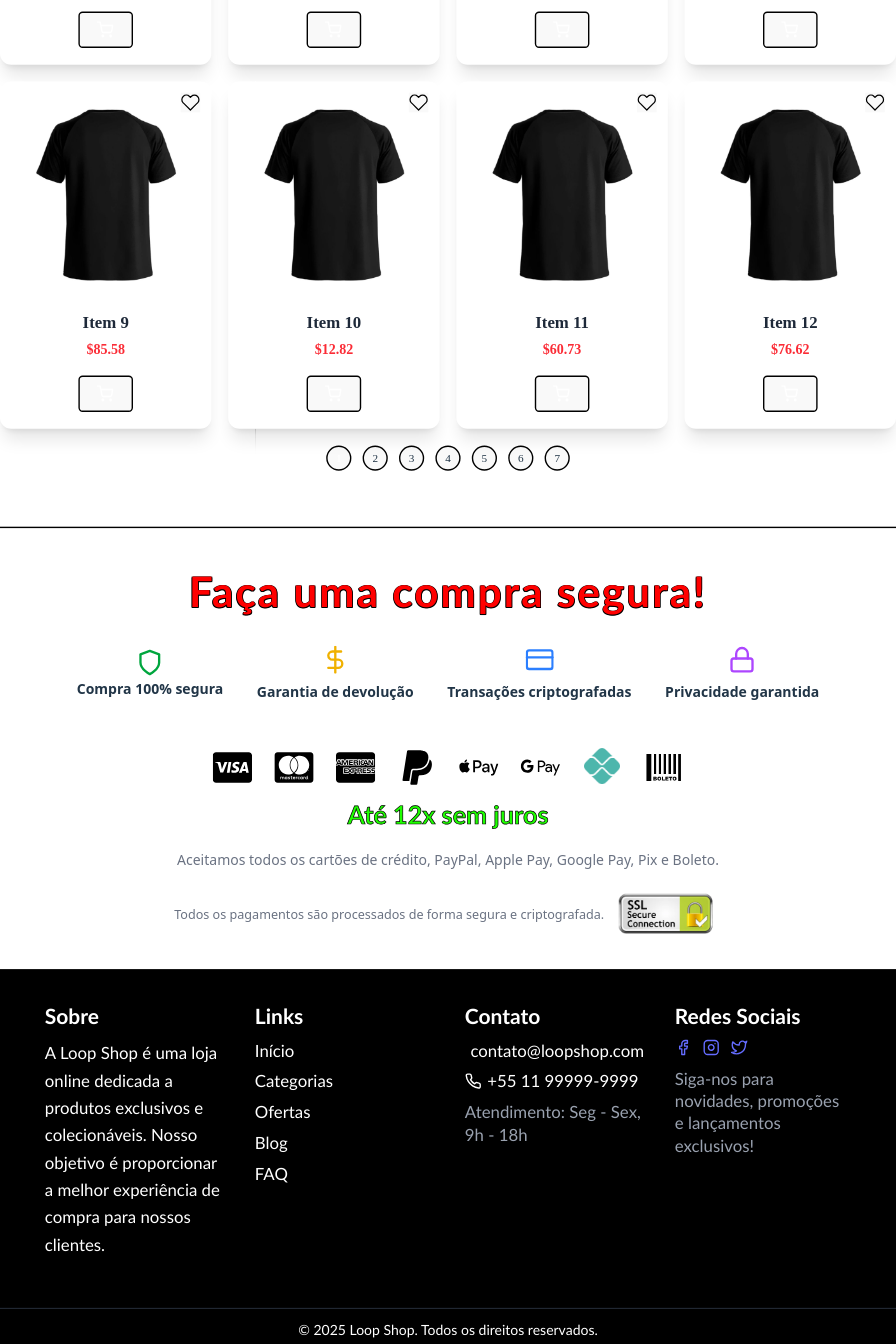
Repository: Kevin-Pro-Codes/looping-e-commerce
Page: / (app in loop-client/)
The author's editor kept a copy of each file at every save. The page is drawn from the files as they stood at one save, then again after a run of saves.
The browser window is 1280 px wide. The pictures show the part of the page from y = 1439 to 3359 px (the page is 3368 px tall), at 70% of full size.
The project was rebuilt for these pictures with package versions that can differ from the ones it lists, and the page was loaded fresh each time. Also part of the build but not shown: loop-client/vite.config.js.

Above is the page before, as saved 2025-10-02 19:09:51.

After the next 2 saves:
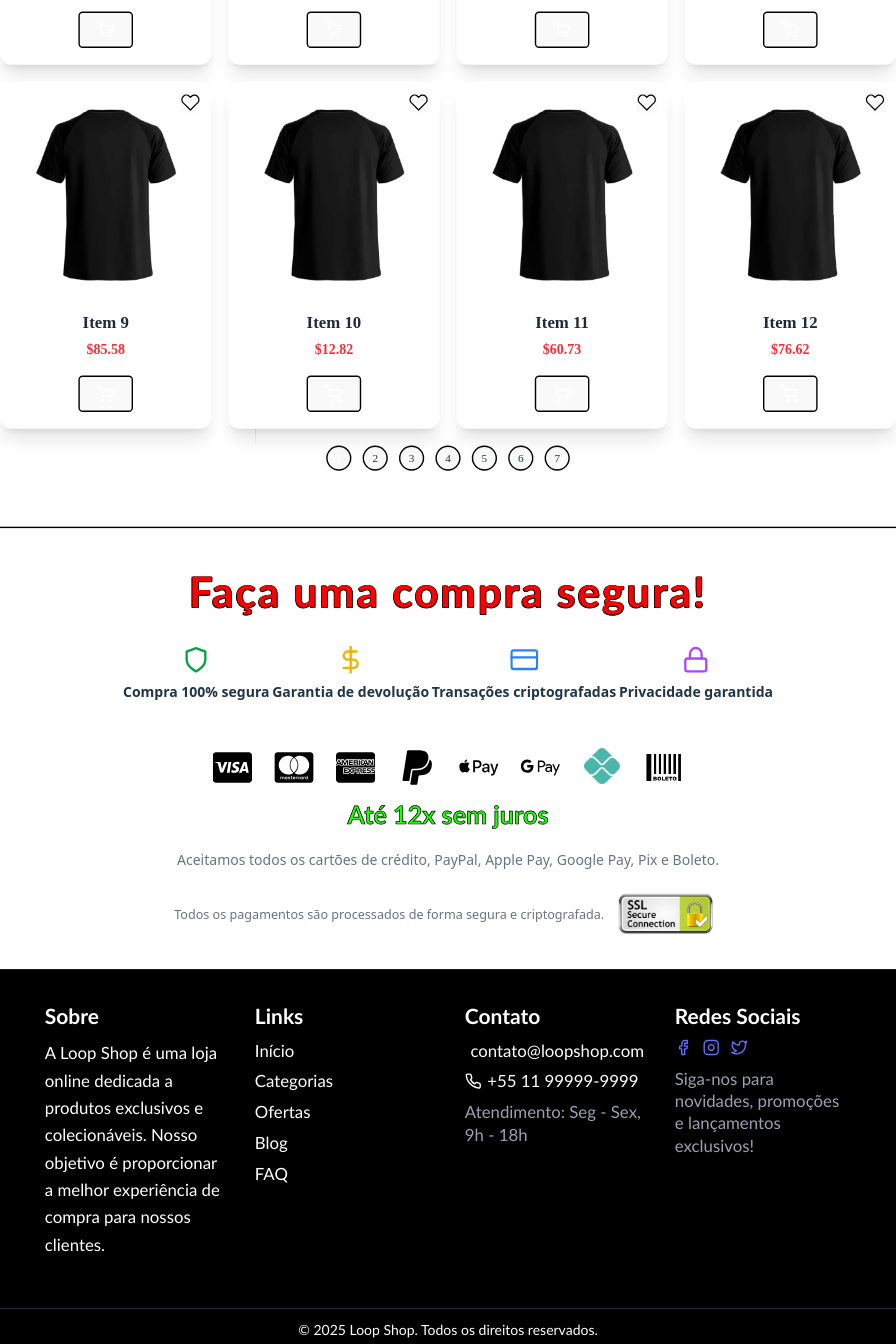
The 2 saves are shown as one change because they came seconds apart.
The last was saved 7 s later.
--- a/loop-client/src/components/Pagamento.jsx
+++ b/loop-client/src/components/Pagamento.jsx
@@ -41,8 +41,8 @@ const Pagamento = () => {
 
 
         {/* Selos de segurança */}
-        <div className="flex flex-col md:flex-row items-center justify-center gap-12 mb-16 text-center">
-          <div className="flex flex-col items-center gap-1">
+        <div className="flex flex-col md:flex-row items-center justify-center gap-1 mb-16 text-center">
+          <div className="flex flex-col items-center gap-3">
             <FiShield size={40} className="text-green-600" />
             <p className="text-xl font-semibold">Compra 100% segura</p>
           </div>
